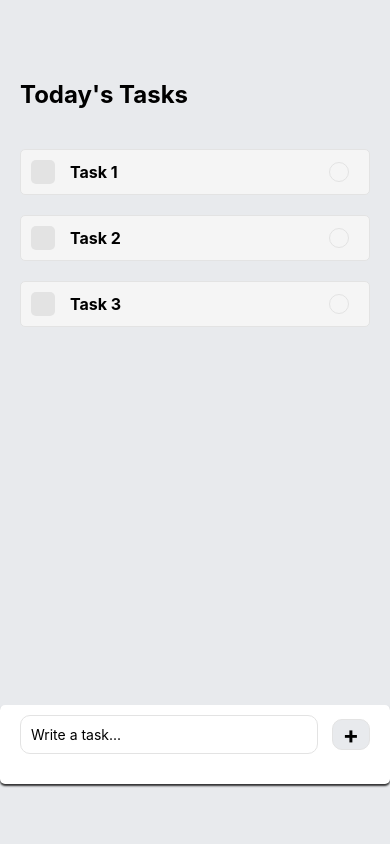
Repository: lomelo-x/ToDo-App
Screen: /
These files come from the project's save history. The screen is drawn as it stood at one moment and after a run of saves; the edit follows.
The app was drawn by React Native's web renderer in a window 390 px wide. The project was rebuilt for these pictures with package versions that can differ from the ones it lists, and the page was loaded fresh each time.

Above is the screen before, as saved 2022-06-17 21:28:13.

### App.js
import { StatusBar } from 'expo-status-bar';
import { StyleSheet, Text, View, KeyboardAvoidingView, Platform, TextInput, TouchableOpacity } from 'react-native';
import Task from './components/Task';

export default function App() {
	return (
		<View style={styles.container}>
			<View style={styles.todoContainer}>
				<Text style={styles.sectionTitle}>Today's Tasks</Text>
				<View style={styles.itemsContainer}>
					<Task text={'Task 1'} />
					<Task text={'Task 2'}/>
					<Task text={'Task 3'}/>
				</View>
			</View>
			<KeyboardAvoidingView
			behavior={Platform.OS === 'ios' ? 'padding' : "height" }
			style={styles.writeTaskContainer}>
				<TextInput style={styles.writeTaskInput} placeholder="Write a task..." />
				<TouchableOpacity>
					<View style={styles.addTaskButton}>
						<Text style={styles.addTaskButtonText}>+</Text>
					</View>
				</TouchableOpacity>
			</KeyboardAvoidingView>
		</View>
	);
}

const styles = StyleSheet.create({
	container: {
		flex: 1,
		backgroundColor: '#E8EAED',
	},
	todoContainer: {
		paddingTop: 80,
		paddingHorizontal: 20,
	},
	sectionTitle: {
		fontSize: 24,
		fontWeight: 'bold',
		marginBottom: 20,
	},
	itemsContainer: {
		marginTop: 20,
	},
	writeTaskContainer: {
		position: 'absolute',
		bottom: 60,
		width: '100%',
		flexDirection: 'row',
		alignItems: 'center',
		justifyContent: 'space-between',
		paddingHorizontal: 20,
		paddingVertical: 10,
		backgroundColor: '#fff',
		borderRadius: 5,
		shadowColor: '#000',
		shadowOffset: { width: 0, height: 2 },
		shadowOpacity: 0.8,
		shadowRadius: 2,
		elevation: 1,
		marginTop: 20,
	},
writeTaskInput: {
		borderWidth: 1,
		borderColor: '#e3e3e3',
		borderRadius: 10,
		padding: 10,
		marginBottom: 20,
		width: '85%',
	},
addTaskButton: {
		backgroundColor: '#E8EAED',
		borderRadius: 10,
		borderWidth: 1,
		borderColor: '#e3e3e3',
		marginBottom: 20,
		paddingHorizontal: 10,
	},
addTaskButtonText: {
		fontSize: 24,
		fontWeight: 'bold',
	},
});

### components/Task.js
import React from 'react';
import { View, Text, StyleSheet, TouchableOpacity } from 'react-native';

const Task = ({ text }) => {
	return (
		<View style={styles.taskContainer}>
			<View style={styles.taskLeft}>
				<TouchableOpacity style={styles.square}></TouchableOpacity>
				<Text style={styles.taskText}>{text}</Text>
			</View>
			<View style={styles.taskRight}></View>
		</View>
	);
};

const styles = StyleSheet.create({
	taskContainer: {
		backgroundColor: '#f5f5f5',
		padding: 10,
		marginBottom: 10,
		borderRadius: 5,
		borderWidth: 1,
		borderColor: '#e3e3e3',
		flexDirection: 'row',
		alignItems: 'center',
		justifyContent: 'space-between',
		marginBottom: 20,
	},
	taskText: {
		fontSize: 16,
		fontWeight: 'bold',
	},
	taskLeft: {
		flexDirection: 'row',
		alignItems: 'center',
		flexWrap: 'wrap',
		maxWidth: '80%',
	},
	taskRight: {
		width: 20,
		height: 20,
		borderRadius: 50,
		borderColor: '#e3e3e3',
		borderWidth: 1,
		marginRight: 10,
	},
	square: {
		width: 24,
		height: 24,
		backgroundColor: '#e3e3e3',
		borderRadius: 5,
		marginRight: 15,
	},
});

export default Task;

After the next 2 saves:
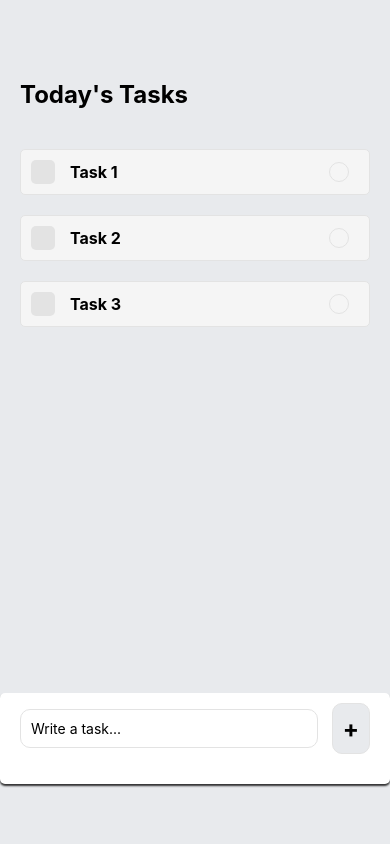
The 2 saves are shown as one change because they came seconds apart.
The last was saved 11 s later.
--- a/App.js
+++ b/App.js
@@ -77,6 +77,7 @@ addTaskButton: {
 		borderColor: '#e3e3e3',
 		marginBottom: 20,
 		paddingHorizontal: 10,
+		paddingVertical: 10,
 	},
 addTaskButtonText: {
 		fontSize: 24,
